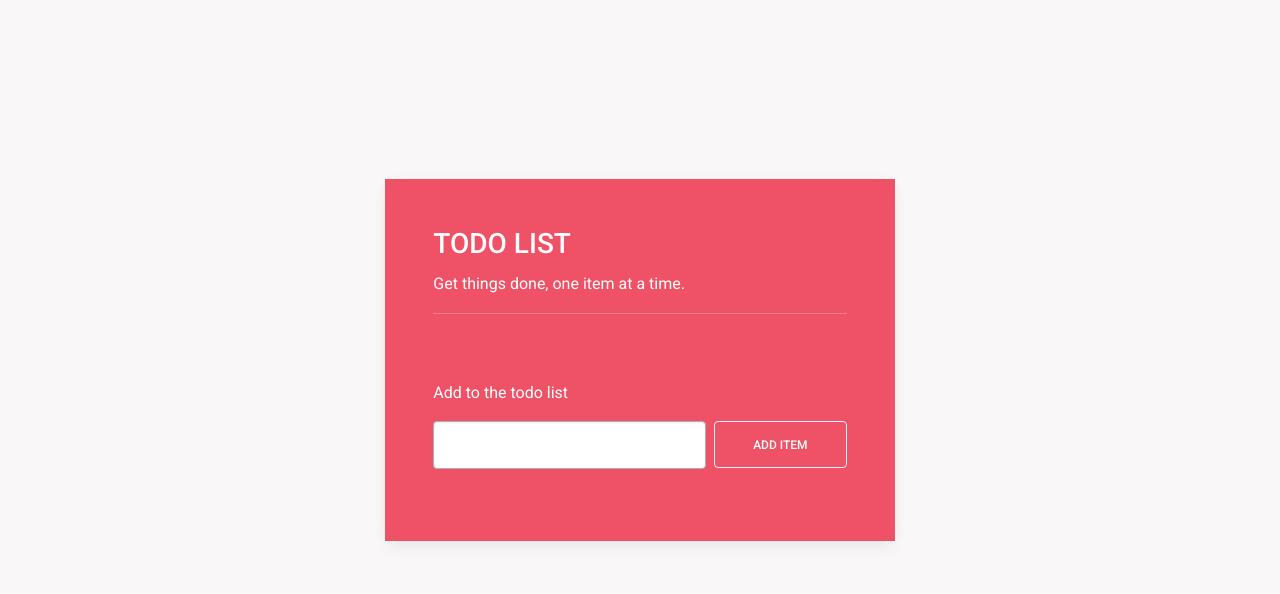
Repository: TinhTT336/MD02_HACKATHON01_HN_JV230620_BS_TranThiTinh_Basic
Page: /
An editor plug-in stored every save of this project. The page is shown before and after the next save, followed by the edit.
The browser window is 1280 px wide. The pictures show the whole page.
Some web libraries are served in a nearby version. The project was rebuilt for these pictures with package versions that can differ from the ones it lists, and the page was loaded fresh each time. Also part of the build but not shown: vite.config.js, src/App.css.

Above is the page before, as saved 2023-09-05 11:46:35.

After the next save:
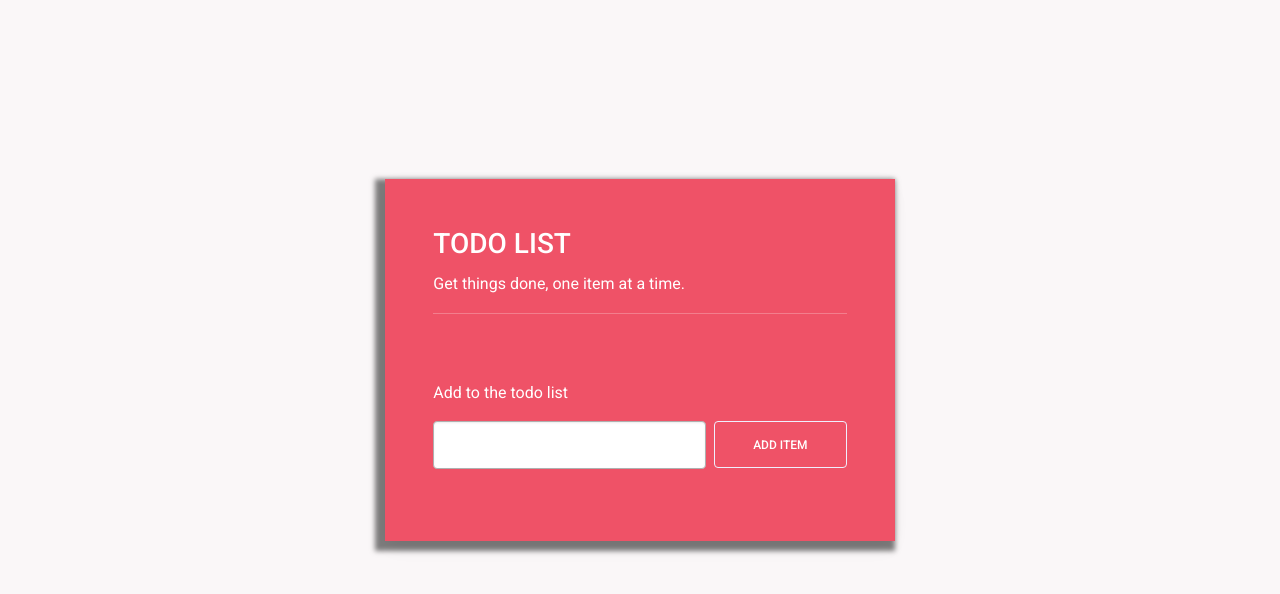
Saved 5 min 11 s later.
--- a/src/index.css
+++ b/src/index.css
@@ -77,6 +77,7 @@
 .card-body {
   background-color: #ef5267 !important;
   color: #fff !important;
+  box-shadow: -5px 5px 5px 5px rgba(0, 0, 0, 0.5);
 }
 .form-control {
   background-color: #fff !important;

After the save that followed:
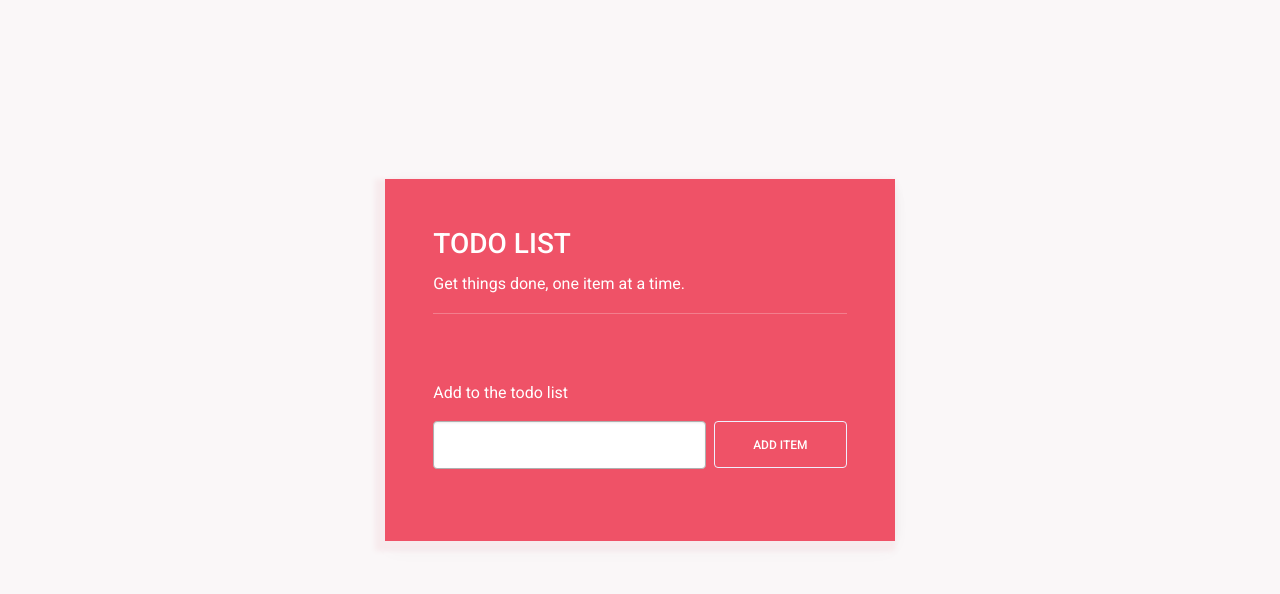
Saved 24 s later.
--- a/src/index.css
+++ b/src/index.css
@@ -77,7 +77,7 @@
 .card-body {
   background-color: #ef5267 !important;
   color: #fff !important;
-  box-shadow: -5px 5px 5px 5px rgba(0, 0, 0, 0.5);
+  box-shadow: -5px 5px 5px 5px #f7ebed;
 }
 .form-control {
   background-color: #fff !important;
